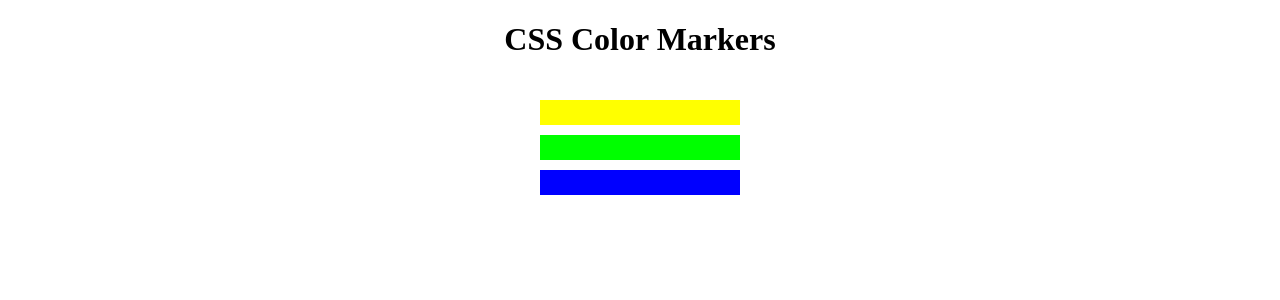
Repository: AimenDje/ColoredMarkers
Page: index.html
An editor plug-in stored every save of this project. The page is shown before and after the next save, followed by the edit.
The browser window is 1280 px wide. The pictures show the whole page.

Above is the page before, as saved 2025-05-08 15:55:35.

### index.html
<!DOCTYPE html>
<html lang="en">
    <head>
        <meta charset="utf-8">
        <meta name="viewport" content="width=device-width, initial-scale=1.0">
        <link rel="stylesheet" href="styles.css">
        <title>Colored Markers</title>
    </head>
    <body>
        <h1>CSS Color Markers</h1>
        <div class="container">
            <div class="marker one">
            </div>
            <div class="marker two">
            </div>
            <div class="marker three">
            </div>
        </div>
      </body>
</html>

### styles.css
h1 {
    text-align:center;
}

.marker {
    width: 200px;
    height: 25px;
    margin: 10px auto;
  }

.one {
    background-color: rgb(255,255,0);
}

.two {
    background-color: rgb(0, 255, 0);
}

.three {
    background-color: rgb(0,0,255);
}

.container {
    background-color: rgb(255, 255, 255);
    padding: 10px 0;
}

After the next save:
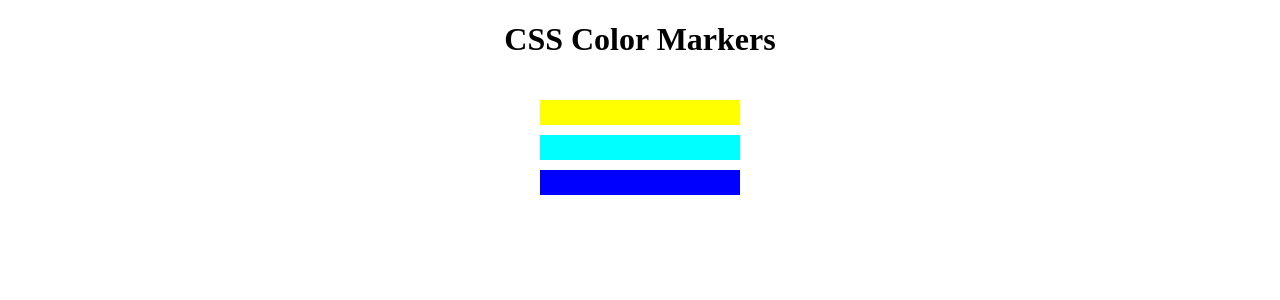
Saved 6 min 37 s later.
--- a/styles.css
+++ b/styles.css
@@ -13,7 +13,7 @@
 }
 
 .two {
-    background-color: rgb(0, 255, 0);
+    background-color: rgb(0, 255, 255);
 }
 
 .three {
